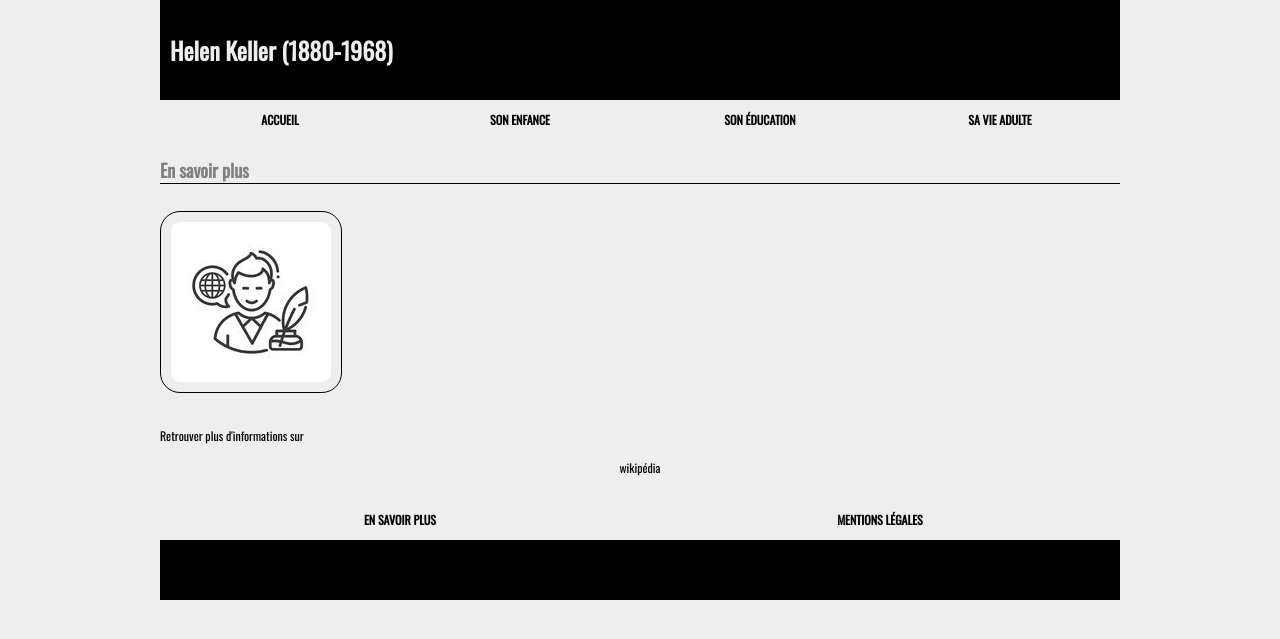
Repository: Luc010/Exercices
Page: HTML CSS/biographie_helen_keller/savoirplus.html
These files come from the project's save history. The page is drawn as it stood at one moment and after a run of saves; the edit follows.
The browser window is 1280 px wide. The pictures show the whole page.

Above is the page before, as saved 2019-09-04 16:31:11.

### HTML CSS/biographie_helen_keller/savoirplus.html
<!DOCTYPE html>
<html lang="fr">
<head>
    <title>Biographie Helen Keller - En savoir plus</title>
    <meta charset="UTF-8">
    <meta name="viewport" content="width=device-width, initial-scale=1.0">
    <meta http-equiv="X-UA-Compatible" content="ie=edge">
    <link href="style.css" rel="stylesheet">
</head>
<body>
    <header>
        <div class="container">
            <h1>Helen Keller (1880-1968)</h1>
        </div>
    </header>
    <nav>
        <ul>
            <li><a href="index.html">Accueil</a></li>
            <li><a href="enfance.html">Son enfance</a></li>
            <li><a href="education.html">Son éducation</a></li>
            <li><a href="adulte.html">Sa vie adulte</a></li>
        </ul>
    </nav>
    <main>
        <div class="container">
            <h2>En savoir plus</h2>
            <p><img src="img/hk8.jpg" alt="icone biographie"></p>
            <p>Retrouver plus d'informations sur <a href="https://fr.wikipedia.org/wiki/Helen_Keller" target="_blank">wikipédia</a></p>
        </div>
    </main>
    <footer>
        <div class="container">
            <!-- ul>li*5>a{lien$} -->
            <ul>
                <li><a href="savoirplus.html">En savoir plus</a></li>
                <li><a href="mentions.html">Mentions légales</a></li>
            </ul>
        </div>
    </footer>
</body>
</html>

### HTML CSS/biographie_helen_keller/style.css
@import url('https://fonts.googleapis.com/css?family=Oswald&display=swap');
body{
    margin: 0;
    padding: 0;
    background-color: #eee;
    font-size: 12px;
    font-family: 'Oswald',corbel,calibri,sans-serif;
}
header, footer{
    background-color: black;
    width: 960px;
    min-height: 100px;
    line-height: 100px;
    margin-left: auto;
    margin-right: auto;
}
h1{
    color: #eee;
    text-indent: 10px;
    margin: 0;
}
h2{
    color: grey;
    border-bottom: 1px solid black;
}
p{
    /* Pourcentage plus simple à gérer, interligne (utilité: bcp de text) */
    line-height:200%;
}
img{
    border: 1px solid black;
    border-radius: 20px;
    padding: 10px;
}
.container {
    display: flex;
    flex-direction: column;
    width: 960px;
    margin-left: auto;
    margin-right: auto;
}
nav {
    min-height: 40px;
    position: sticky;
    top: 0;
    width: 960px;
    margin-left: auto;
    margin-right: auto;
}
ul, li {
    margin: 0;
    padding: 0;
    list-style: none;
}
ul {
    display: flex;
}
li {
    width: 100%;
    margin-bottom: 2px;
    height: 40px;
    font-weight: bold;
    text-transform: uppercase;
}
a {
    color: black;
    text-decoration: none;
    display: block;
    height: 40px;
    line-height: 40px;
    text-align: center;
    background-color: #eee;
}
a:hover {
    color: white;
    background-color: black;
}

After the next 3 saves:
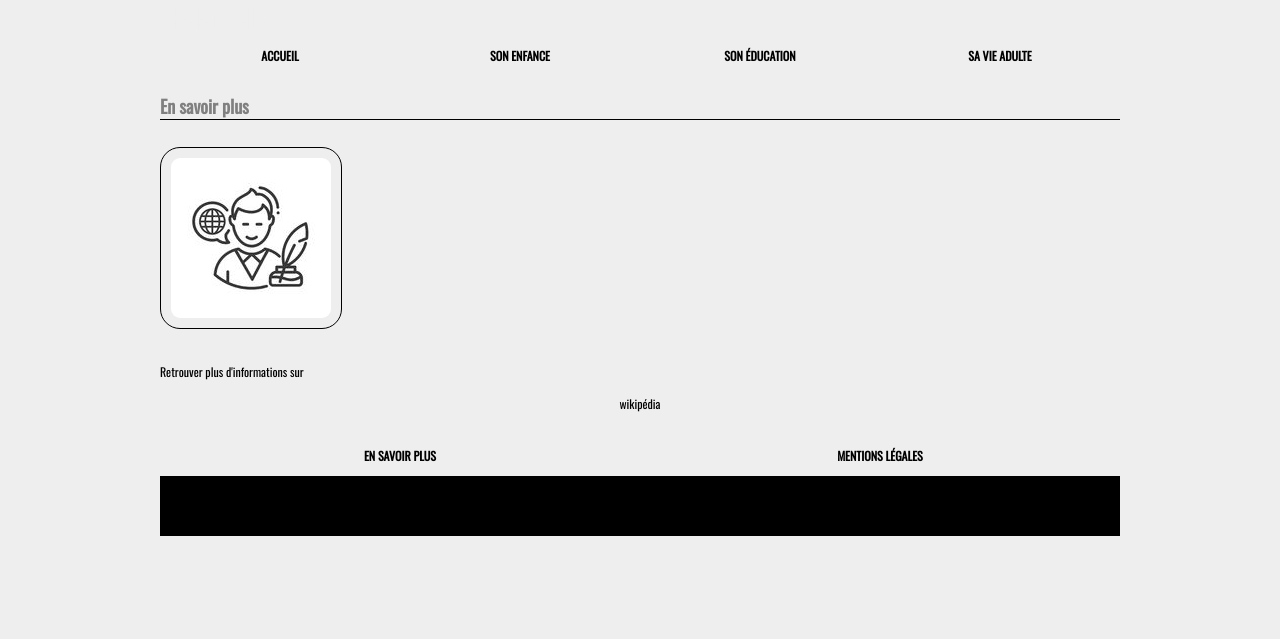
The 3 saves are shown as one change because they came seconds apart.
The last was saved 47 s later.
--- a/HTML CSS/biographie_helen_keller/style.css
+++ b/HTML CSS/biographie_helen_keller/style.css
@@ -6,7 +6,7 @@ body{
     font-size: 12px;
     font-family: 'Oswald',corbel,calibri,sans-serif;
 }
-header, footer{
+.bg, footer{
     background-color: black;
     width: 960px;
     min-height: 100px;

After the save that followed:
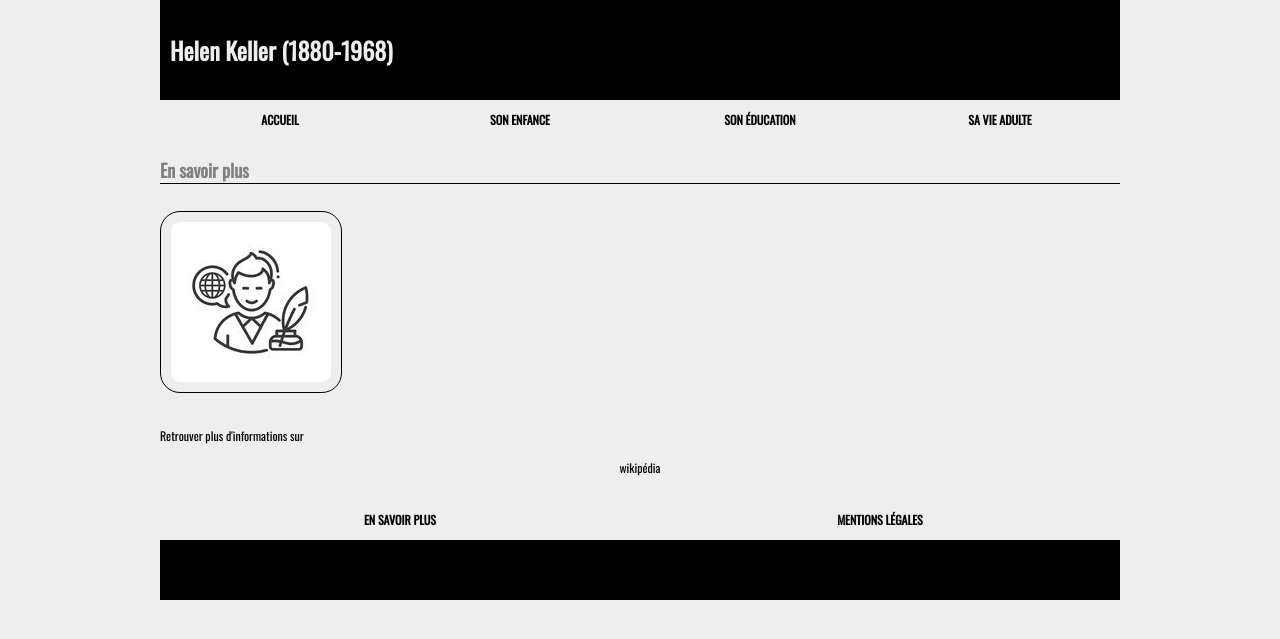
Saved 10 s later.
--- a/HTML CSS/biographie_helen_keller/style.css
+++ b/HTML CSS/biographie_helen_keller/style.css
@@ -6,7 +6,7 @@ body{
     font-size: 12px;
     font-family: 'Oswald',corbel,calibri,sans-serif;
 }
-.bg, footer{
+header, footer{
     background-color: black;
     width: 960px;
     min-height: 100px;
